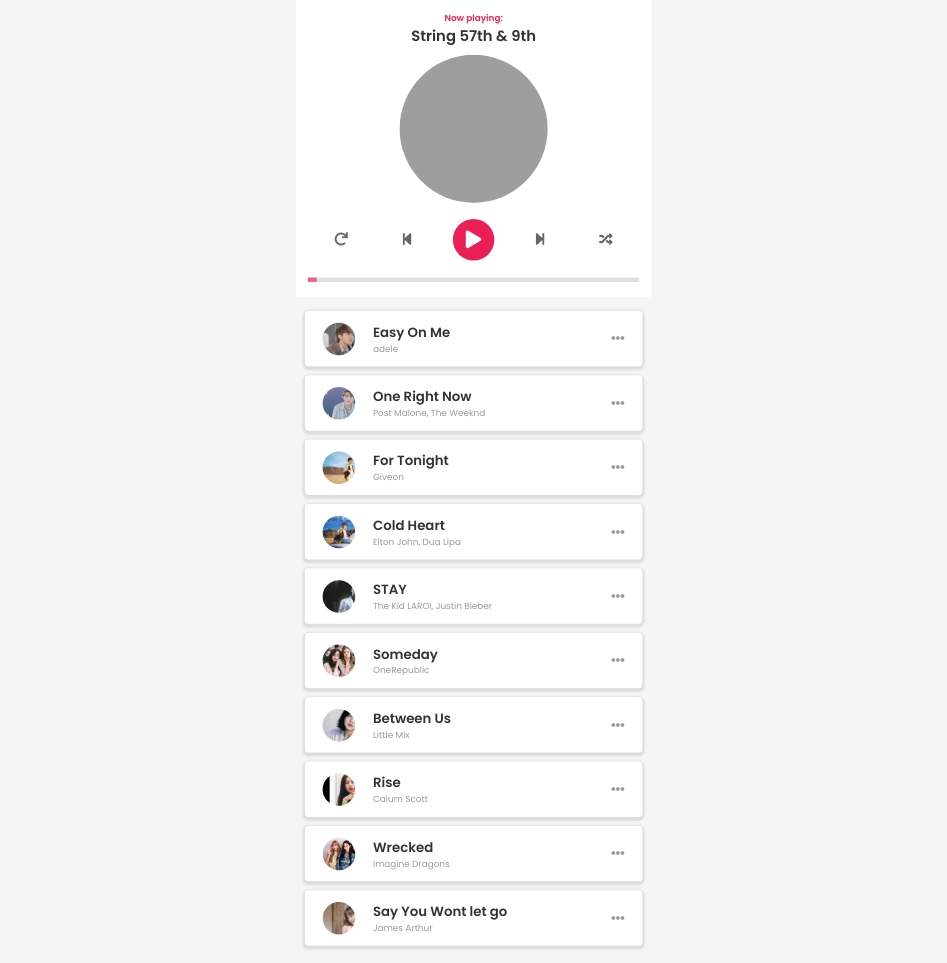
Repository: maivannhan1998/MusicPlayer.github.io
Page: index.html
The author's editor kept a copy of each file at every save. The page is drawn from the files as they stood at one save, then again after the next save.
The browser window is 1280 px wide. The pictures show the whole page, at 74% of full size.
Pictures or frames that could not be fetched are drawn as grey boxes.

Above is the page before, as saved 2021-11-09 16:19:26.

After the next save:
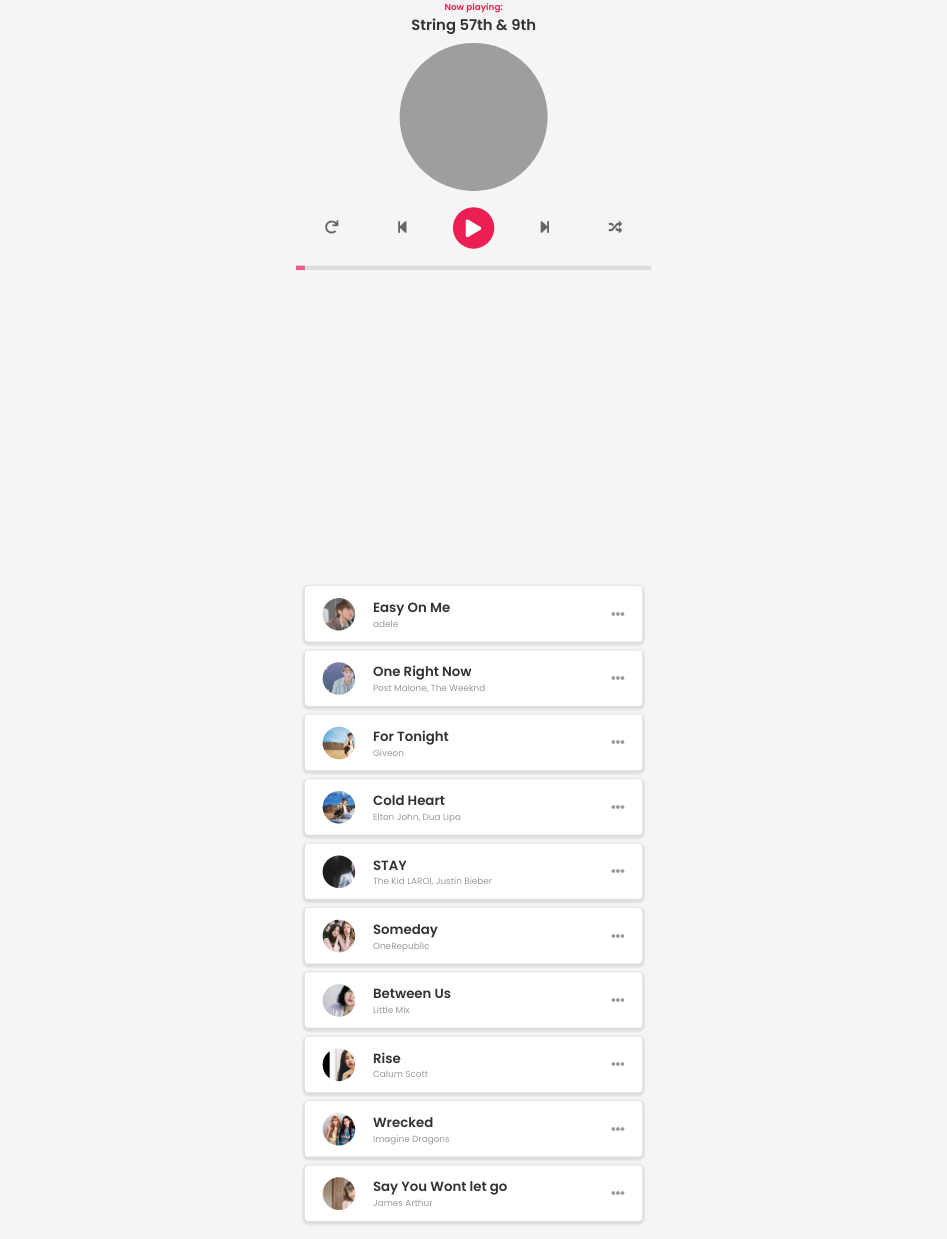
Saved 7 s later.
--- a/assets/css/main.css
+++ b/assets/css/main.css
@@ -28,9 +28,9 @@
   display: none;
 }
 
-/* .player.playing .icon-pause {
+/* /* .player.playing .icon-pause {
   display: inline-block;
-}
+} */
 
 .player.playing .icon-play {
   display: none;

After the 2 saves that followed:
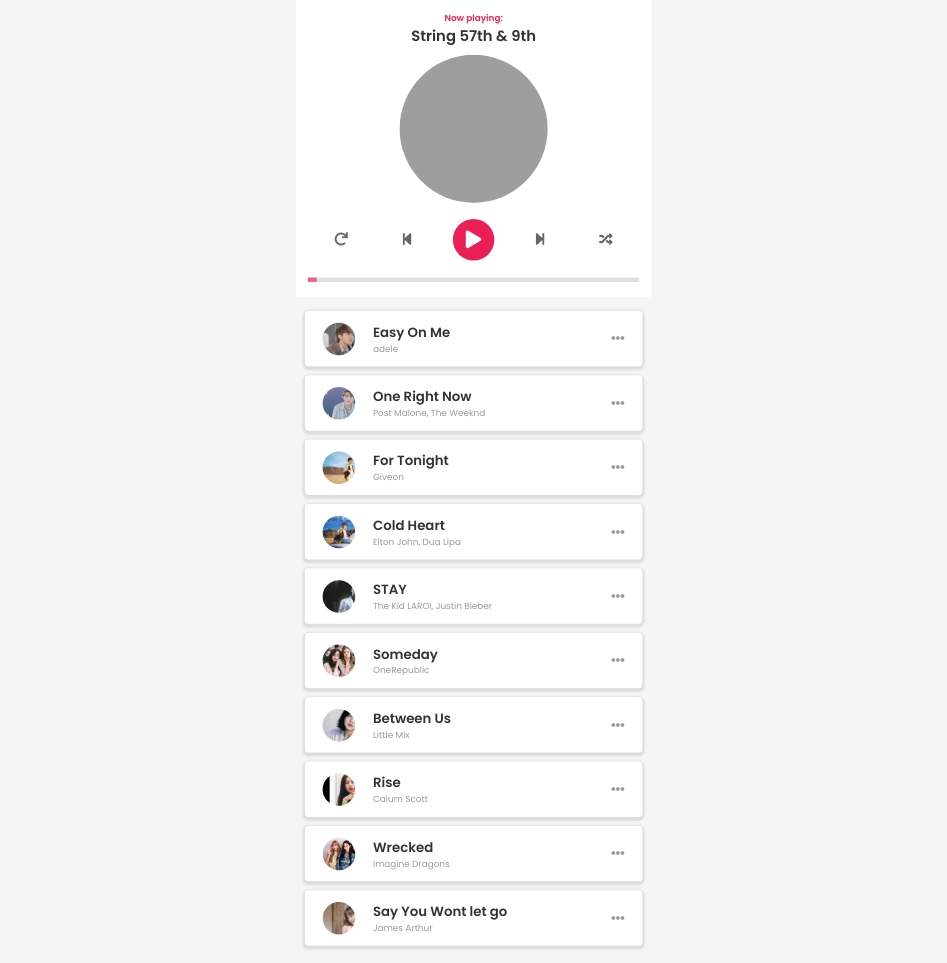
The 2 saves are shown as one change because they came seconds apart.
The last was saved 14 s later.
--- a/assets/css/main.css
+++ b/assets/css/main.css
@@ -28,11 +28,11 @@
   display: none;
 }
 
-/* /* .player.playing .icon-pause {
+.player.playing .icon-pause {
   display: inline-block;
-} */
+}
 
-.player.playing .icon-play {
+/* .player.playing .icon-play {
   display: none;
 } */
 
